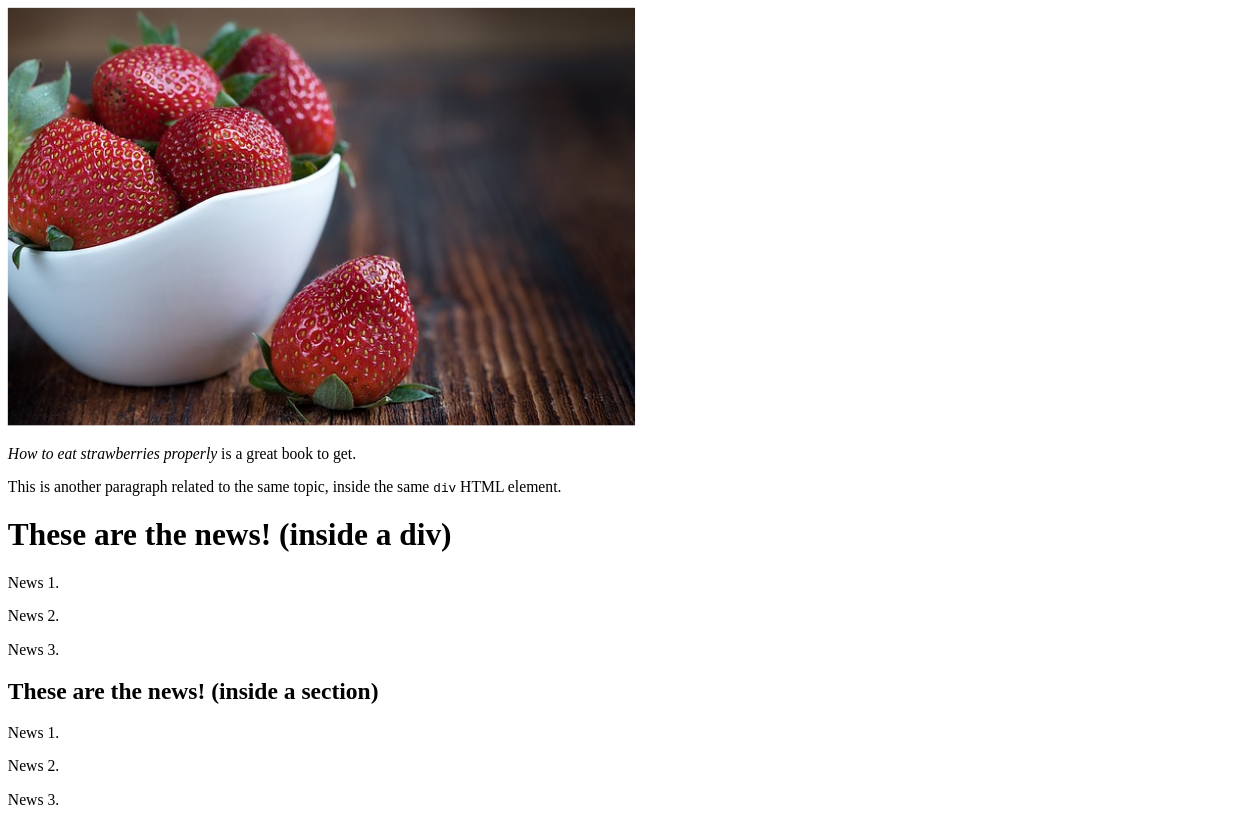
Repository: Colo-Codes/code-practice
Page: 01-html-practice-5.html
These files come from the project's save history. The page is drawn as it stood at one moment and after the next save; the edit follows.
The browser window is 1280 px wide. The pictures show the whole page, at 98% of full size.

Above is the page before, as saved 2021-04-23 11:54:15.

After the next save:
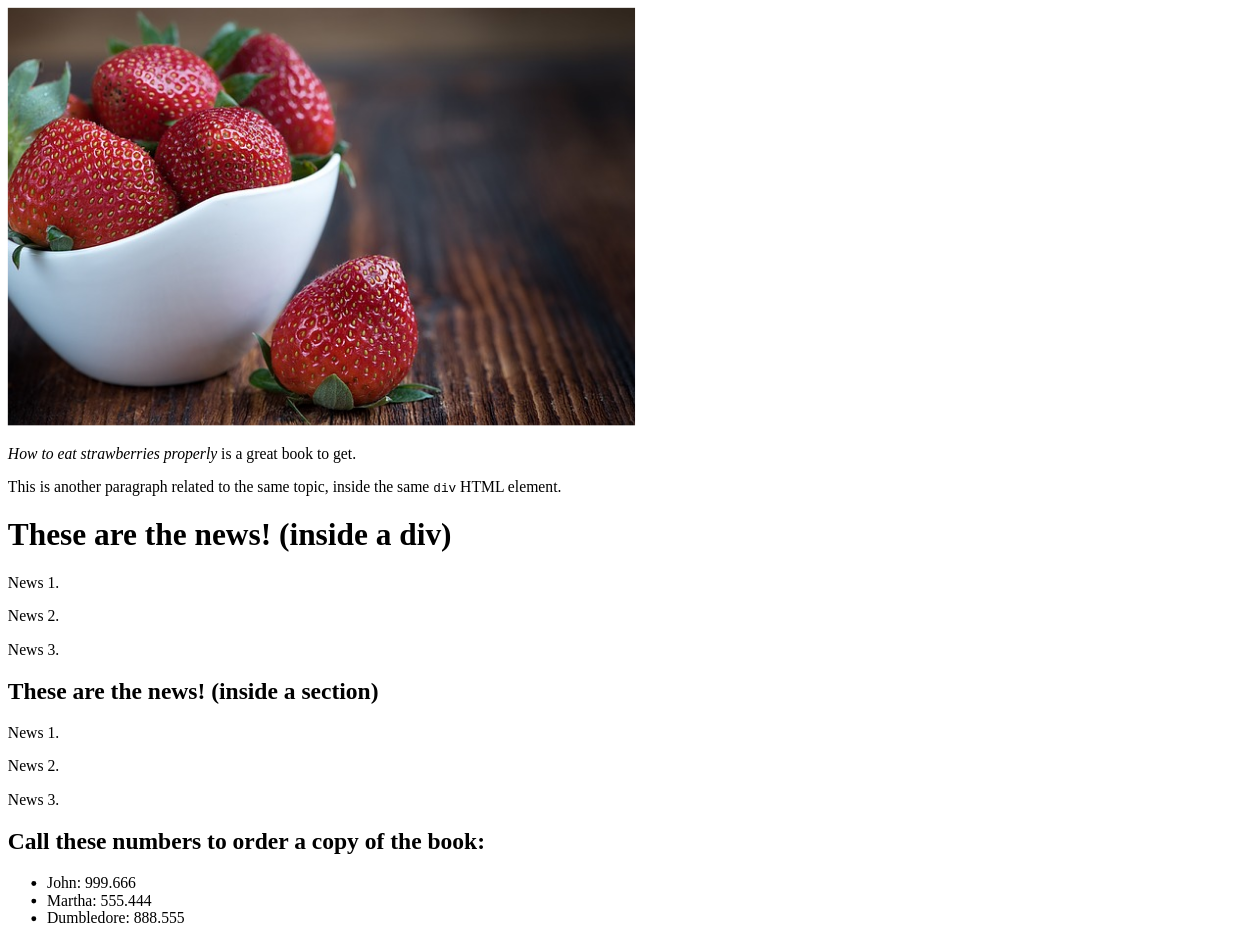
Saved 3 min 47 s later.
--- a/01-html-practice-5.html
+++ b/01-html-practice-5.html
@@ -24,5 +24,13 @@
         <p>News 2.</p>
         <p>News 3.</p>
     </section>
+    <section>
+        <h1>Call these numbers to order a copy of the book:</h1>
+        <ul>
+            <li>John: <span class="tel">999.666</span></li>
+            <li>Martha: <span class="tel">555.444</span></li>
+            <li>Dumbledore: <span class="tel">888.555</span></li>
+        </ul>
+    </section>
 </body>
 </html>
